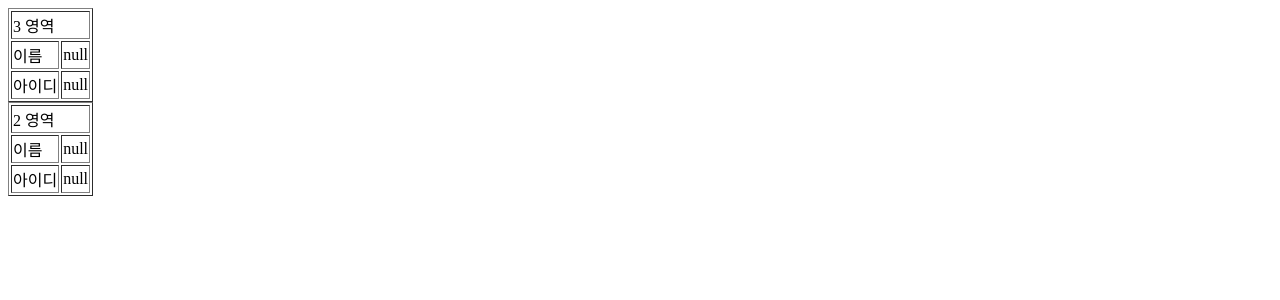
Repository: BancaKim/teamproject4
Page: http://localhost/JspDay3/HiddenTest/HiddenTest2.jsp
An editor plug-in stored every save of this project. The page is shown before and after the next save, followed by the edit.
The browser window is 1280 px wide. The pictures show the whole page.
The page is served by Tomcat 9.

Above is the page before, as saved 2024-05-02 02:29:13.

After the next save:
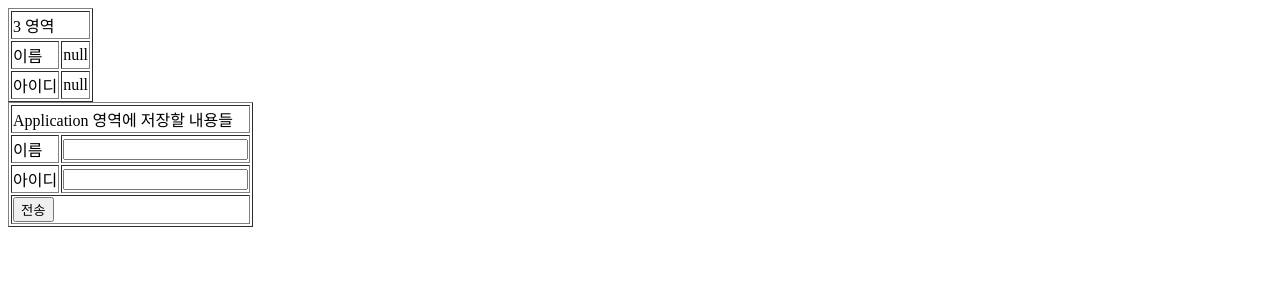
Saved 15 s later.
--- a/JspDay3/src/main/webapp/HiddenTest/HiddenTest2.jsp
+++ b/JspDay3/src/main/webapp/HiddenTest/HiddenTest2.jsp
@@ -17,19 +17,26 @@
 request.getRequestDispatcher("IncludeTest3.jsp").include(request,response);
 %>
 
-<table border=1>
-<tr>
-<td colspan="2">2 영역</td>
-</tr>
-<tr>
-	<td>이름</td>
-	<td><%=name %></td>
-</tr>
-<tr>
-	<td>아이디</td>
-	<td><%=id %></td>
-</tr>
+	<form action="HiddenTest2.jsp" method="post">
+	<table border=1>
+		<tr>
+			<td colspan="2">Application 영역에 저장할 내용들</td>
+		</tr>
+		<tr>
+			<td>이름</td>
+			<td><input type="text" name="name"></td>
+		</tr>
+		<tr>
+			<td>아이디</td>
+			<td><input type="text" name="id"></td>
+		</tr>
+		<tr>
+			<td colspan="2"><input type="submit" value="전송"></td>
+		</tr>
 </table>
+
+
+</form>
 
 </body>
 </html>
